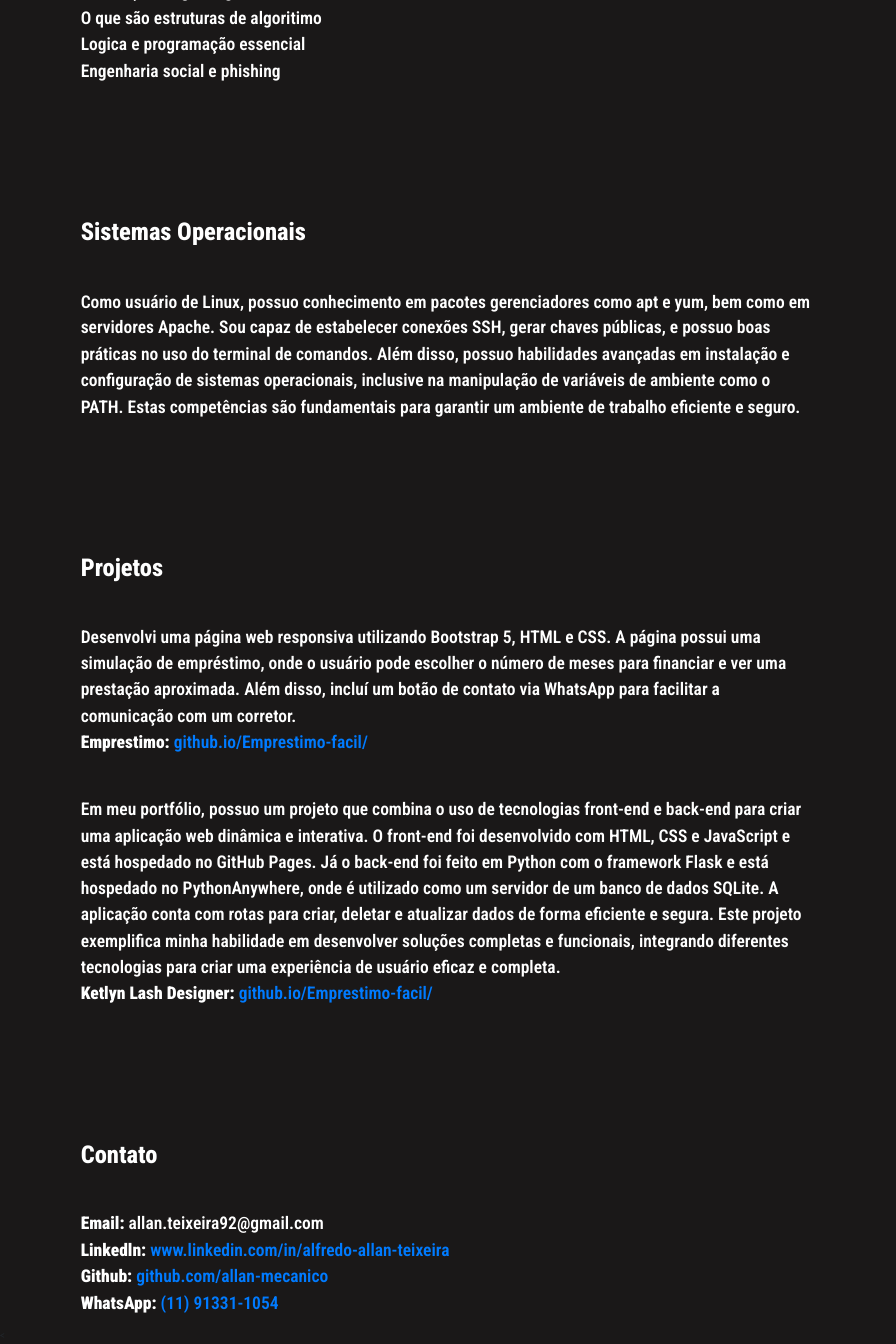
Repository: alfredo-allan/Portfolio
Page: index.html
The author's editor kept a copy of each file at every save. The page is drawn from the files as they stood at one save, then again after a run of saves.
The browser window is 1280 px wide. The pictures show the part of the page from y = 1345 to 3265 px (the page is 3265 px tall), at 70% of full size.

Above is the page before, as saved 2024-04-13 18:33:49.

After the next 3 saves:
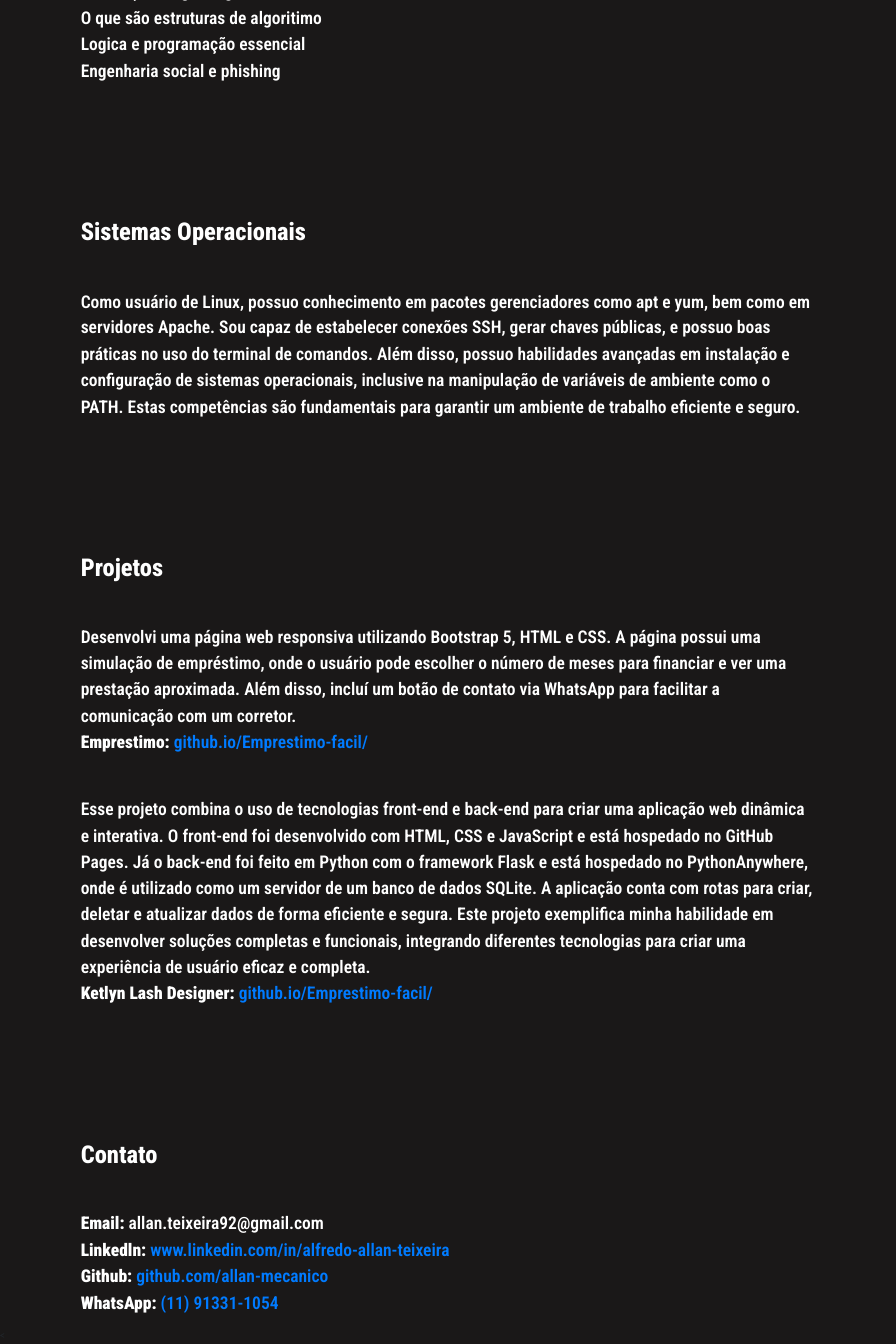
The 3 saves are shown as one change because they came seconds apart.
The last was saved 16 s later.
--- a/index.html
+++ b/index.html
@@ -88,7 +88,7 @@
         </a>
       </p>
       <p>
-        Em meu portfólio, possuo um projeto que combina o uso de tecnologias
+        Esse projeto combina o uso de tecnologias
         front-end e back-end para criar uma aplicação web dinâmica e interativa.
         O front-end foi desenvolvido com HTML, CSS e JavaScript e está hospedado
         no GitHub Pages. Já o back-end foi feito em Python com o framework Flask
